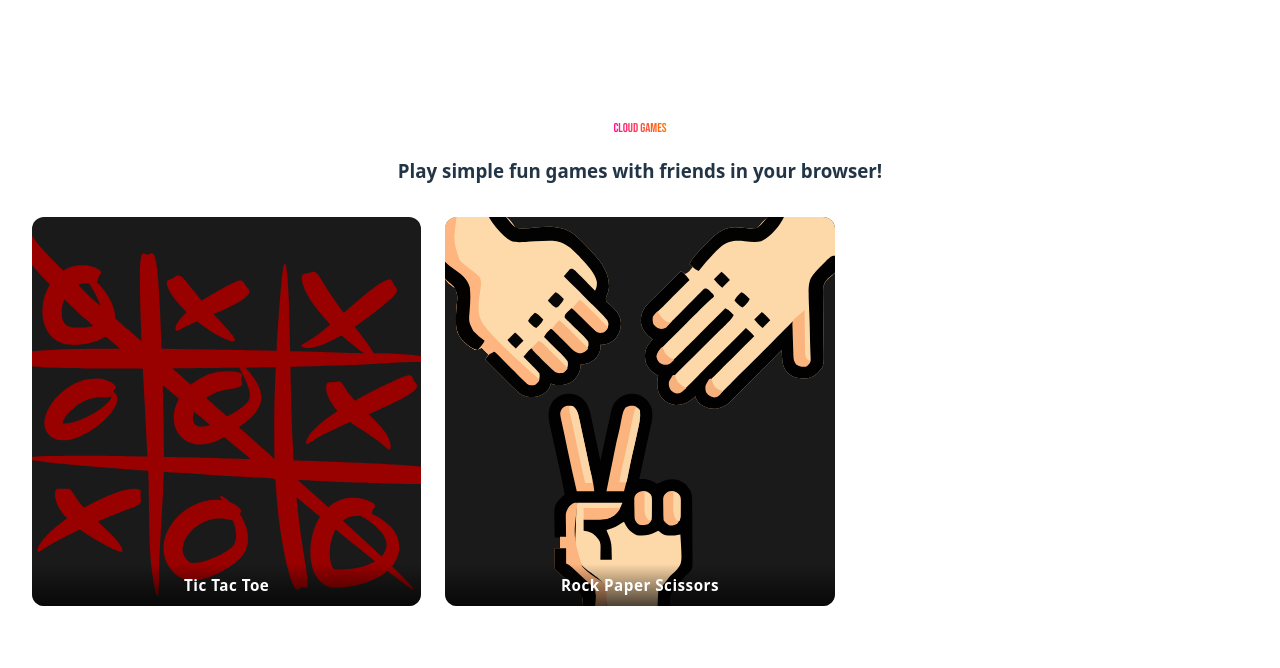
Repository: Sadotib/cloud-games
Page: / (app in client/)
The author's editor kept a copy of each file at every save. The page is drawn from the files as they stood at one save, then again after a run of saves.
The browser window is 1280 px wide. The pictures show the whole page.
The project was rebuilt for these pictures with package versions that can differ from the ones it lists, and the page was loaded fresh each time. Also part of the build but not shown: client/vite.config.js.

Above is the page before, as saved 2025-12-21 22:07:03.
Console error: TypeError: Cannot read properties of null (reading 'addEventListener')

After the next 2 saves:
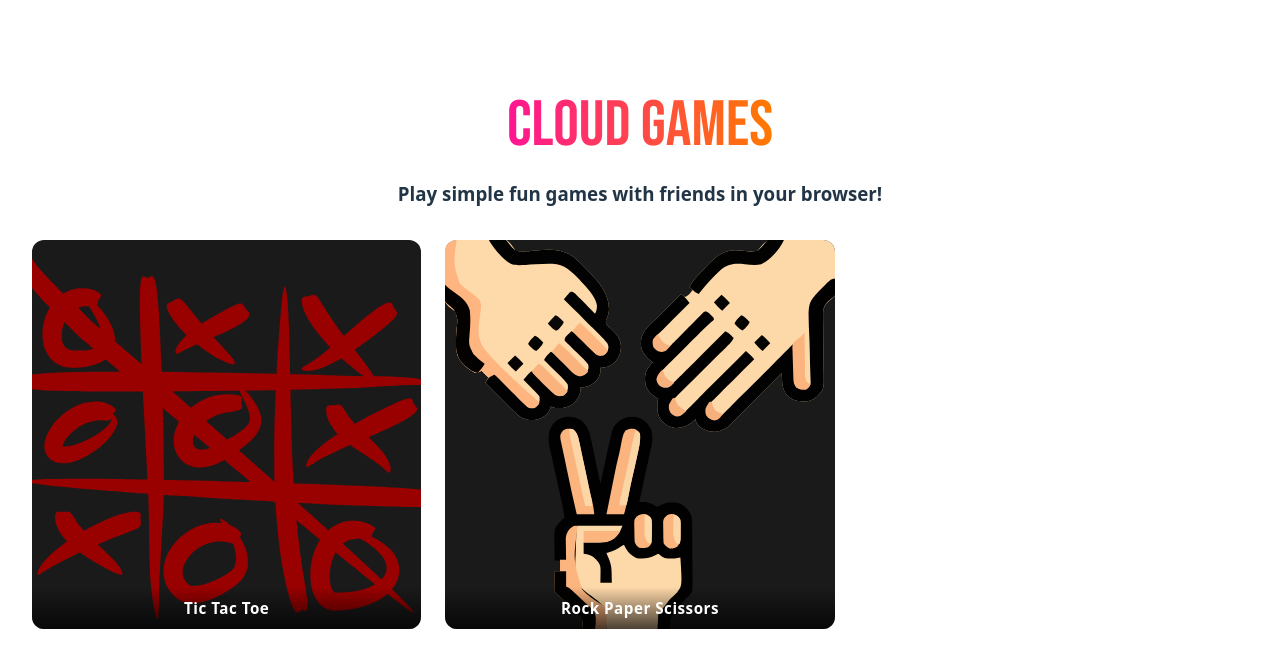
The 2 saves are shown as one change because they came seconds apart.
The last was saved 7 s later.
--- a/client/src/style.css
+++ b/client/src/style.css
@@ -36,7 +36,7 @@
   font-family: "Bebas Neue", sans-serif;
   font-weight: 400;
   font-style: normal;
-  font-size: 80%;
+  font-size: 4em;
 }
 
 
